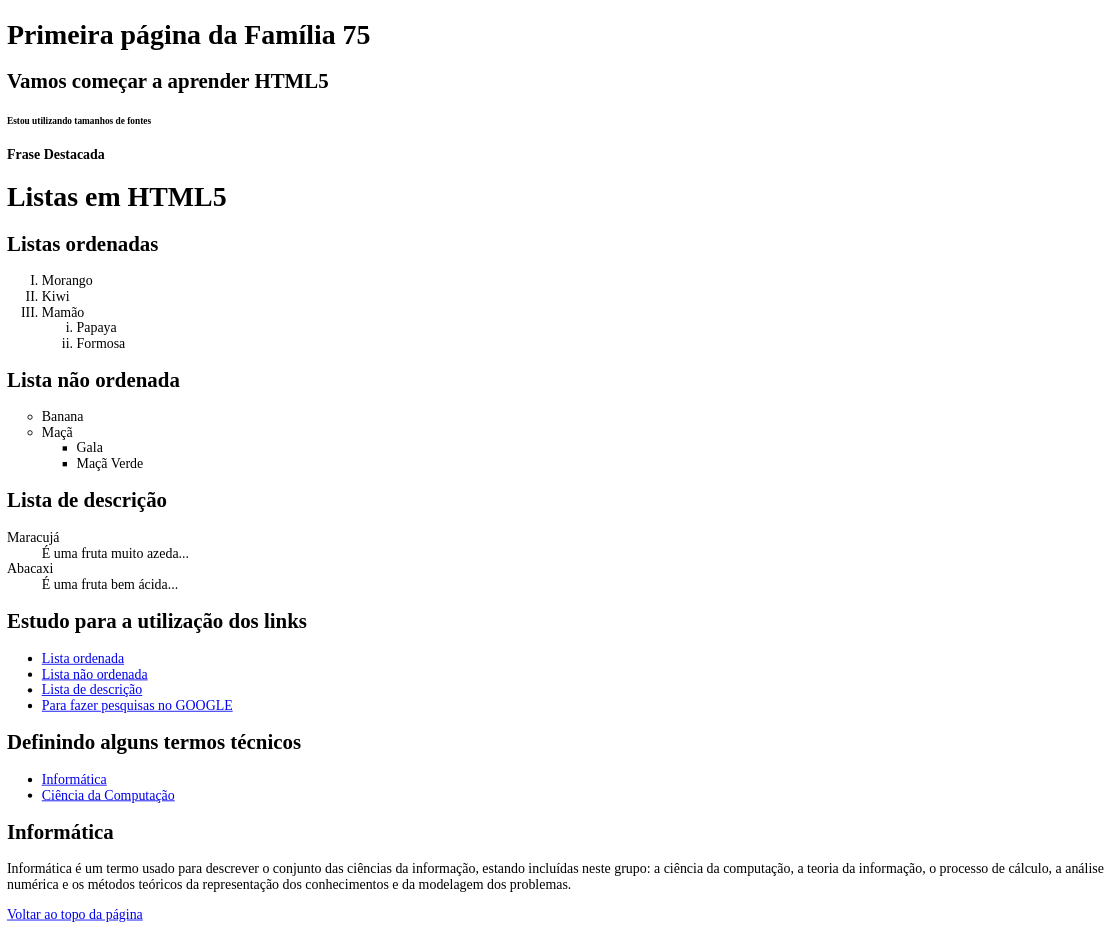
Repository: Thichi99/BootcampGen75
Page: Familia75/index.html
An editor plug-in stored every save of this project. The page is shown before and after a run of saves, followed by the edit.
The browser window is 1280 px wide. The pictures show the whole page, at 87% of full size.

Above is the page before, as saved 2024-07-26 11:27:31.

### Familia75/index.html
<!DOCTYPE html> <!--Estou indicando que é um documento do tipo HTML-->
<html lang="pt-br">
<head>
    <meta charset="UTF-8">
    <meta name="viewport" content="width=device-width, initial-scale=1.0">
    <meta name="author" content="Luís Guerreiro">
    <meta name="description" content="Minha primeira pagina Web -- Olá Mundo!!!">
    <meta name="keywords" content="Pobreza,erradicação,familia">
    <title>Família 75</title>
</head>
<body>
   <h1>Primeira página da Família 75</h1>
   <h2>Vamos começar a aprender HTML5</h2>
   <h6>Estou utilizando tamanhos de fontes</h6>
   <strong>Frase Destacada</strong>
   <h1>Listas em HTML5</h1>
   <h2>Listas ordenadas</h2>
   <ol type="I">
        <li>Morango</li>
        <li>Kiwi</li>
        <li>Mamão
            <ol type="i">
                <li>Papaya</li>
                <li>Formosa</li>
            </ol>
        </li>
   </ol>
   <h2>Lista não ordenada</h2>
   <ul type="circle">
        <li>Banana</li>
        <li>Maçã
            <ul type="square">
                <li>Gala</li>
                <li>Maçã Verde</li>
            </ul>
        </li>
   </ul>
   <h2>Lista de descrição</h2>
   <dl>
        <dt>Maracujá</dt>
        <dd>É uma fruta muito azeda...</dd>
        <dt>Abacaxi</dt>
        <dd>É uma fruta bem ácida...</dd>
   </dl>

   <h2>Estudo para a utilização dos links</h2>
   <ul>
    <li><a href=".\ordenada.html">Lista ordenada</a></li>
    <li><a href=".\naoOrdenada.html">Lista não ordenada</a></li>
    <li><a href=".\listadescricao.html">Lista de descrição</a></li>
    <li><a href="http://google.com">Para fazer pesquisas no GOOGLE</a></li>

   </ul>

   <h2>Definindo alguns termos técnicos</h2>
   <ul>
    <li><a href="#Info1">Informática</a></li>
    <li><a href="#Computação">Ciência da Computação</a></li>
   </ul>
   <a name="Info1" title="Descrição de informática">
    <h2>Informática</h2>
   </a>
   <p>
    Informática é um termo usado para descrever o conjunto das ciências da informação,
estando incluídas neste grupo: a ciência da computação, a teoria da informação, o
processo de cálculo, a análise numérica e os métodos teóricos da representação dos
conhecimentos e da modelagem dos problemas.
   </p>
   <p><a href="#">Voltar ao topo da página</a></p>
</body>
</html>

After the next 2 saves:
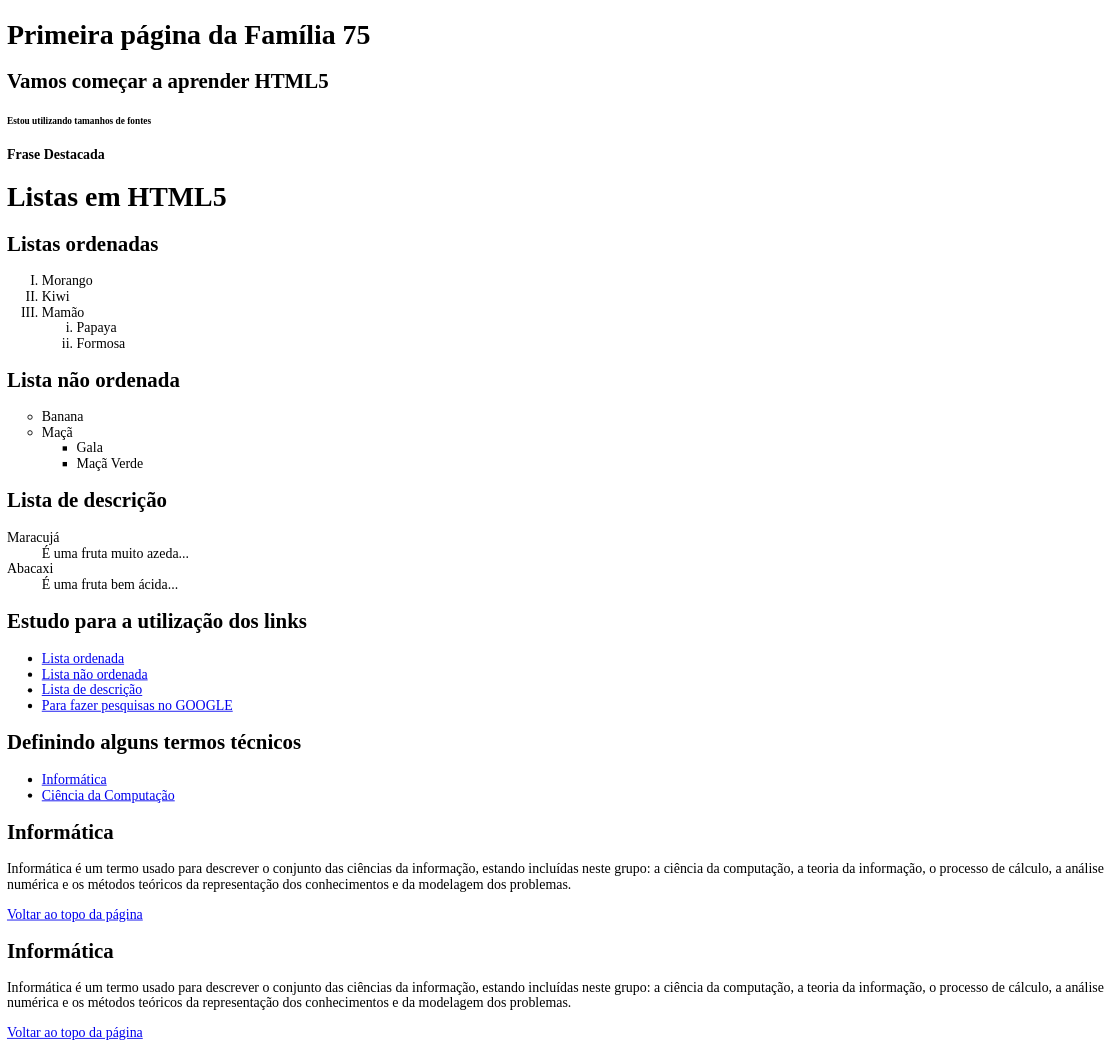
The 2 saves are shown as one change because they came seconds apart.
The last was saved 72 s later.
--- a/Familia75/index.html
+++ b/Familia75/index.html
@@ -67,5 +67,16 @@ processo de cálculo, a análise numérica e os métodos teóricos da representa
 conhecimentos e da modelagem dos problemas.
    </p>
    <p><a href="#">Voltar ao topo da página</a></p>
+
+   <a name="Info1" title="Descrição de informática">
+    <h2>Informática</h2>
+   </a>
+   <p>
+    Informática é um termo usado para descrever o conjunto das ciências da informação,
+estando incluídas neste grupo: a ciência da computação, a teoria da informação, o
+processo de cálculo, a análise numérica e os métodos teóricos da representação dos
+conhecimentos e da modelagem dos problemas.
+   </p>
+   <p><a href="#">Voltar ao topo da página</a></p>
 </body>
 </html>
